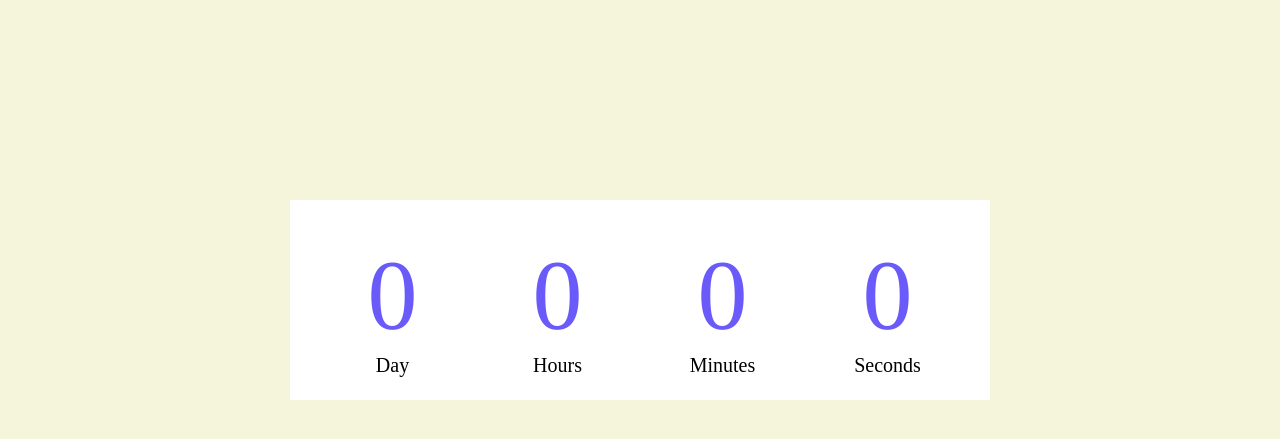
Repository: tienbkvn0605/counddown-demo
Page: index.html
The author's editor kept a copy of each file at every save. The page is drawn from the files as they stood at one save, then again after the next save.
The browser window is 1280 px wide. The pictures show the whole page.

Above is the page before, as saved 2022-10-05 00:09:34.

After the next save:
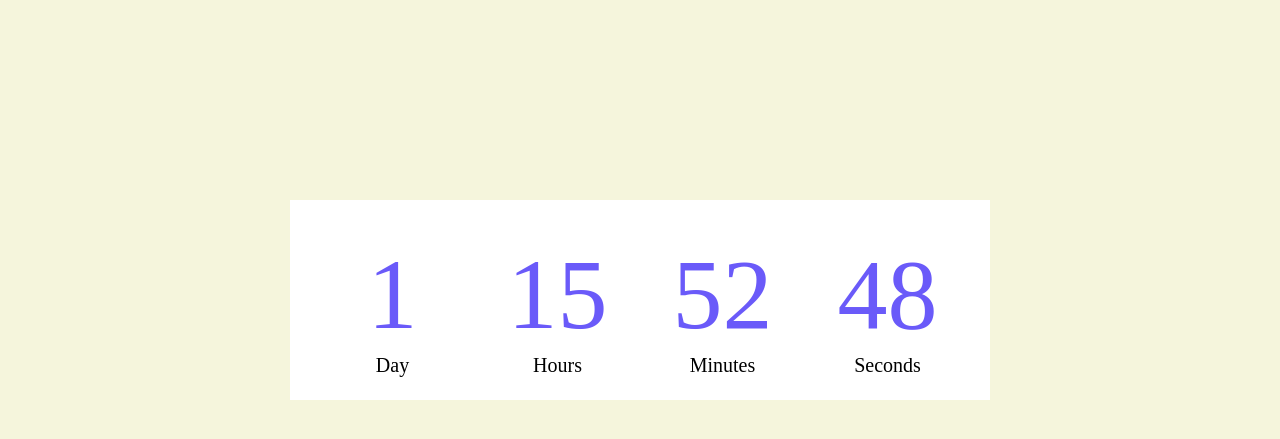
Saved 23 s later.
--- a/app.js
+++ b/app.js
@@ -12,7 +12,7 @@ window.addEventListener("load", function () {
     const startDate = now.getTime();
     const endDate = new Date(date).getTime();
     let timeRemaning = parseInt((endDate - startDate) / 1000); //miliseconds to seconds
-    if (timeRemaning < 0) {
+    if (timeRemaning > 0) {
       // 1 day = 24 * 60 * 60 = 86400 seconds
       day = parseInt(timeRemaning / 86400);
       timeRemaning = timeRemaning % 86400;
